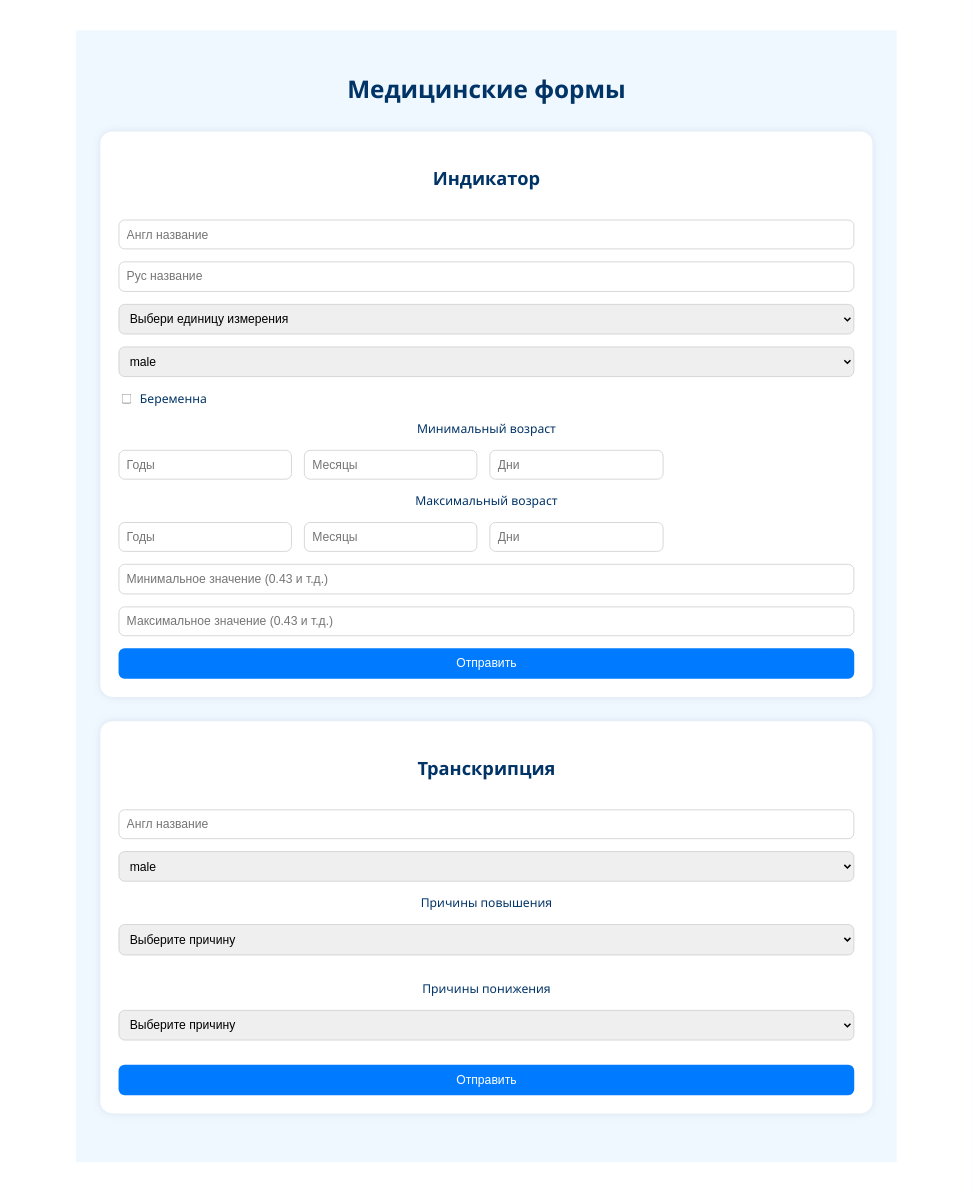
Repository: GGlebux/Transay
Page: / (app in frontend/)
These files come from the project's save history. The page is drawn as it stood at one moment and after the next save; the edit follows.
The browser window is 1280 px wide. The pictures show the whole page, at 76% of full size.
The project was rebuilt for these pictures with package versions that can differ from the ones it lists, and the page was loaded fresh each time. Also part of the build but not shown: frontend/vite.config.ts.

Above is the page before, as saved 2025-08-04 16:23:39.

After the next save:
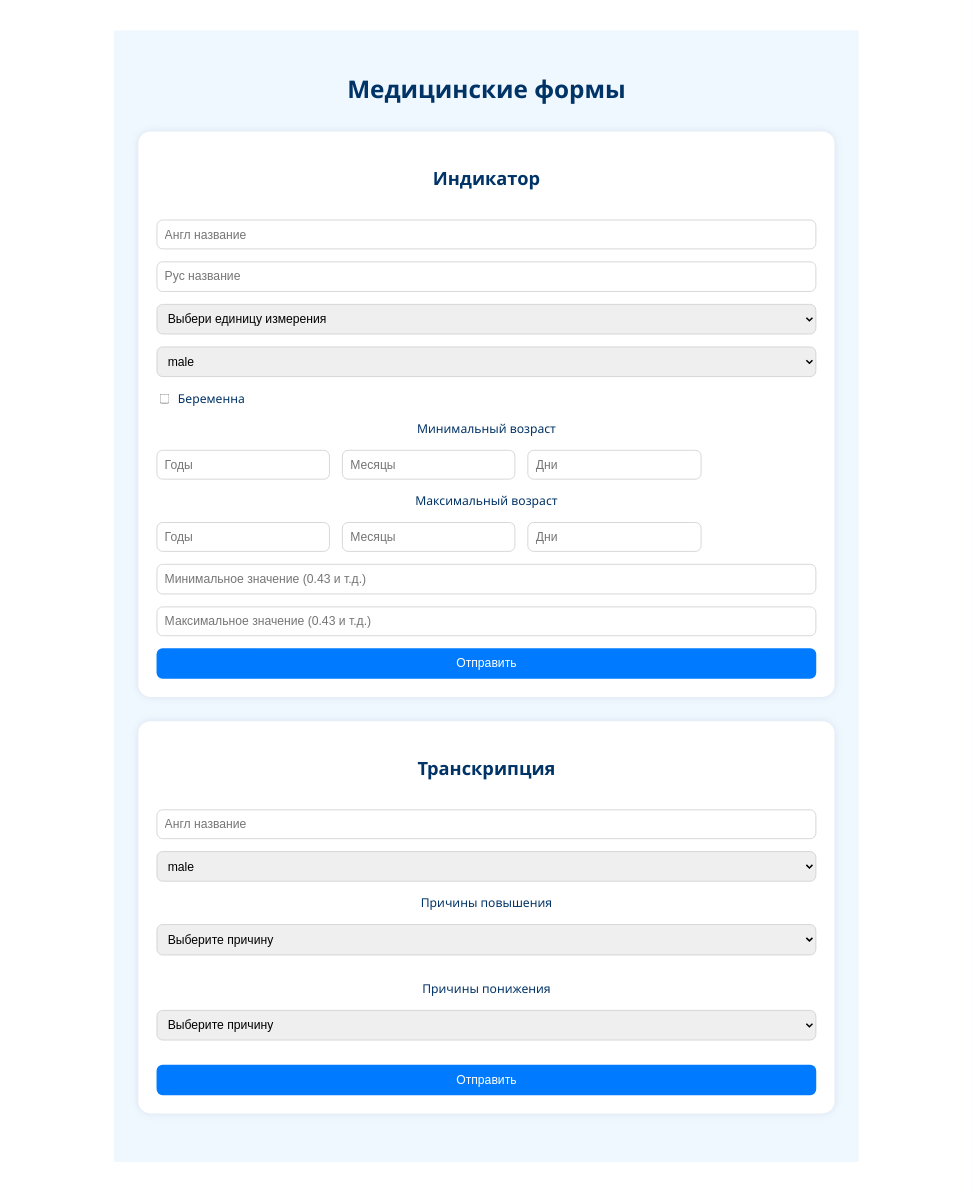
Saved 6 s later.
--- a/frontend/src/styles/forms.css
+++ b/frontend/src/styles/forms.css
@@ -1,5 +1,5 @@
 #root {
-  max-width: 1080px;
+  max-width: 980px;
   margin: 0 auto;
   padding: 2rem;
   text-align: center;
